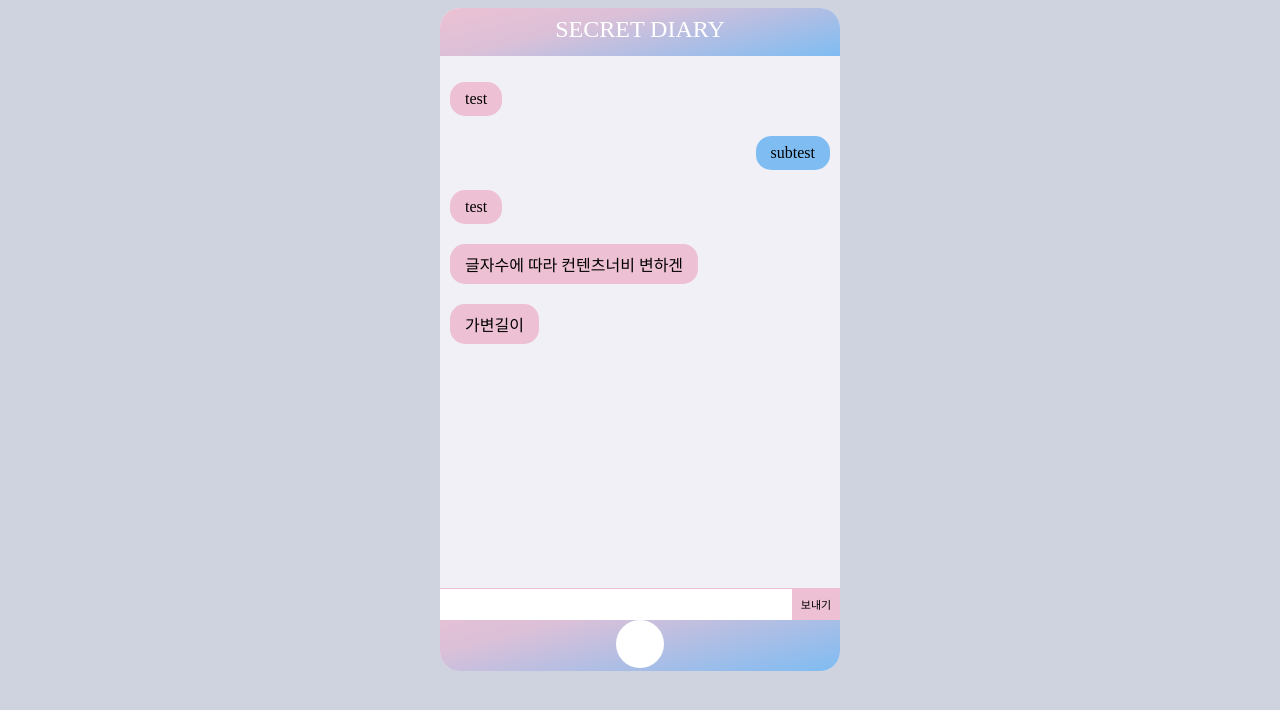
Repository: jinhee196/diary
Page: index.html
An editor plug-in stored every save of this project. The page is shown before and after the next save, followed by the edit.
The browser window is 1280 px wide. The pictures show the whole page.

Above is the page before, as saved 2021-06-04 12:38:51.

### index.html
<!DOCTYPE html>
<html lang="ko">
<head>
    <meta charset="UTF-8">
    <meta http-equiv="X-UA-Compatible" content="IE=edge">
    <meta name="viewport" content="width=device-width, initial-scale=1.0">
    <title>secret Note</title>
    <link rel="stylesheet" href="style.css">
</head>
<body>
  <div class="container">
      <header class="header">SECRET DIARY</header>
      <section id="morning">
        <p class="desc"></p>
        <ul class="items">
          <li class="item">test</li>
          <li class="item-sub">subtest</li>
          <li class="item">test</li>
          <li class="item">글자수에 따라 컨텐츠너비 변하겐</li>
          <li class="item">가변길이</li>
        </ul>
        <input type="text" class="footer__input" />
        <button class="footer__submit">보내기</button>
    </section>
    <footer class="footer">
      <button class="footer__button">
         <i class="fas fa-plus"></i>
       </button>
     </footer>
  </div>
</body>
</html>

### style.css
* {
  box-sizing: border-box;
}
ul {
  padding: 0;
}

button {
  outline: none;
  background: transparent;
  border: none;
  cursor: pointer;
}
body {
  background-color: #ced3df;
  text-align: center;
}

.container {
  width: 400px;
  margin: auto;
  background-color: #f1f0f7;
  border-radius: 20px;
}

.header {
  height: 48px;
  padding: 8px;
  font-size: 24px;
  background: rgba(237, 193, 211);

  background: linear-gradient(
    166deg,
    rgba(237, 193, 211, 1) 0%,
    rgba(219, 192, 216, 1) 35%,
    rgba(127, 188, 242, 1) 100%
  );
  border-radius: 20px 20px 0 0;
  color: #fff;
}

/* #morning {
  display: none;
} */
.items {
  height: 500px;
  overflow-y: auto;
}

.item {
  padding: 8px 15px;
  margin: 10px;
  border-radius: 15px;
  background: rgba(237, 193, 211);
  display: inline-block;
  float: left;
  clear: both;
}
.item-sub {
  padding: 8px 15px;
  margin: 10px;
  border-radius: 15px;
  background: rgba(127, 188, 242, 1);
  display: inline-block;
  float: right;
  clear: both;
}

.item__delete {
  font-size: 16px;
  transition: all 300ms ease-in;
}

.item__delete:hover {
  color: red;
  transform: scale(1.1);
}

.item__divider {
  width: 90%;
  height: 1px;
  background-color: lightgray;
  margin: auto;
}

.footer {
  background: rgba(237, 193, 211);

  background: linear-gradient(
    166deg,
    rgba(237, 193, 211, 1) 0%,
    rgba(219, 192, 216, 1) 35%,
    rgba(127, 188, 242, 1) 100%
  );
  border-radius: 0 0 20px 20px;
}

.footer__input {
  width: 88%;
  height: 32px;
  border: none;
  outline: none;
  font-size: 14px;
  font-weight: 400;
  padding: 0 16px;
  float: left;
  border-top: 1px solid rgba(237, 193, 211);
}

.footer__submit {
  width: 12%;
  height: 32px;
  float: right;
  background-color: rgba(237, 193, 211);
  font-size: 11px;
  padding: 0;
}
.footer__button {
  width: 48px;
  height: 48px;
  background-color: #fff;
  border-radius: 50%;
  color: #fff;
  font-size: 28px;
  transition: transform 300ms ease-in;
}

.footer__button:hover {
  transform: scale(1.1);
}

After the next save:
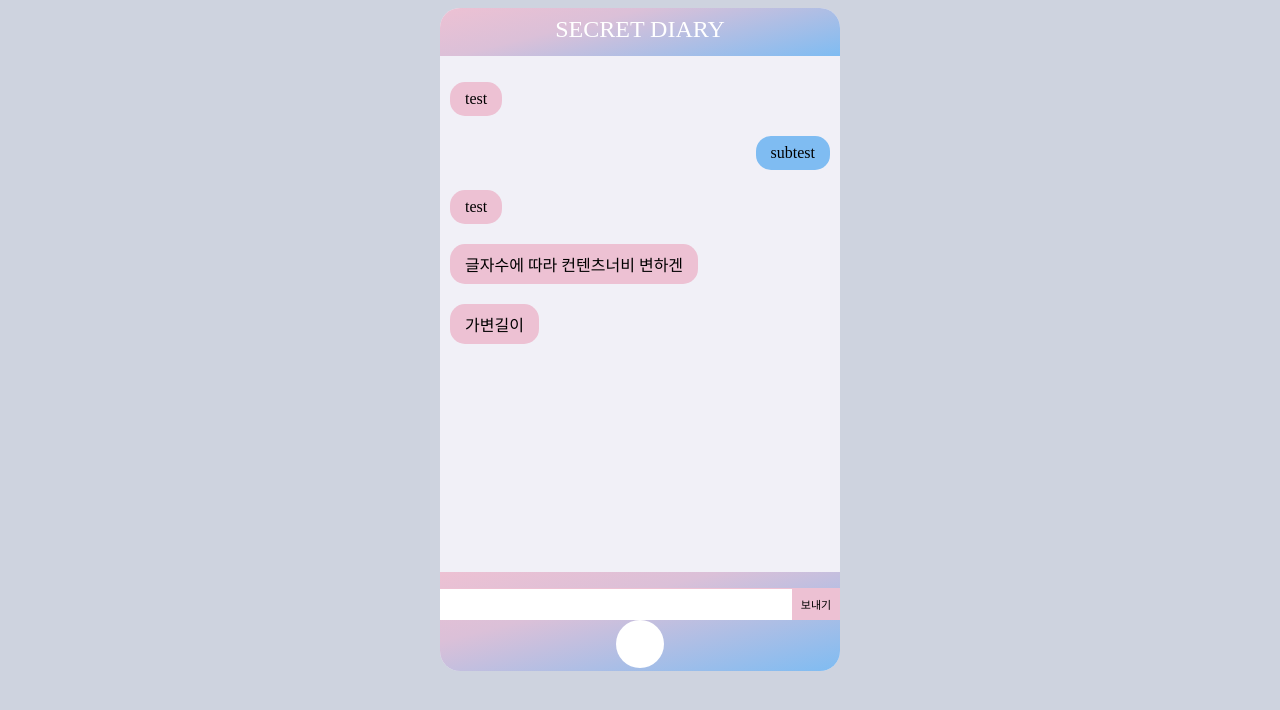
Saved 31 s later.
--- a/style.css
+++ b/style.css
@@ -39,9 +39,9 @@
   color: #fff;
 }
 
-/* #morning {
-  display: none;
-} */
+#morning {
+  height: 500px;
+}
 .items {
   height: 500px;
   overflow-y: auto;

After the save that followed:
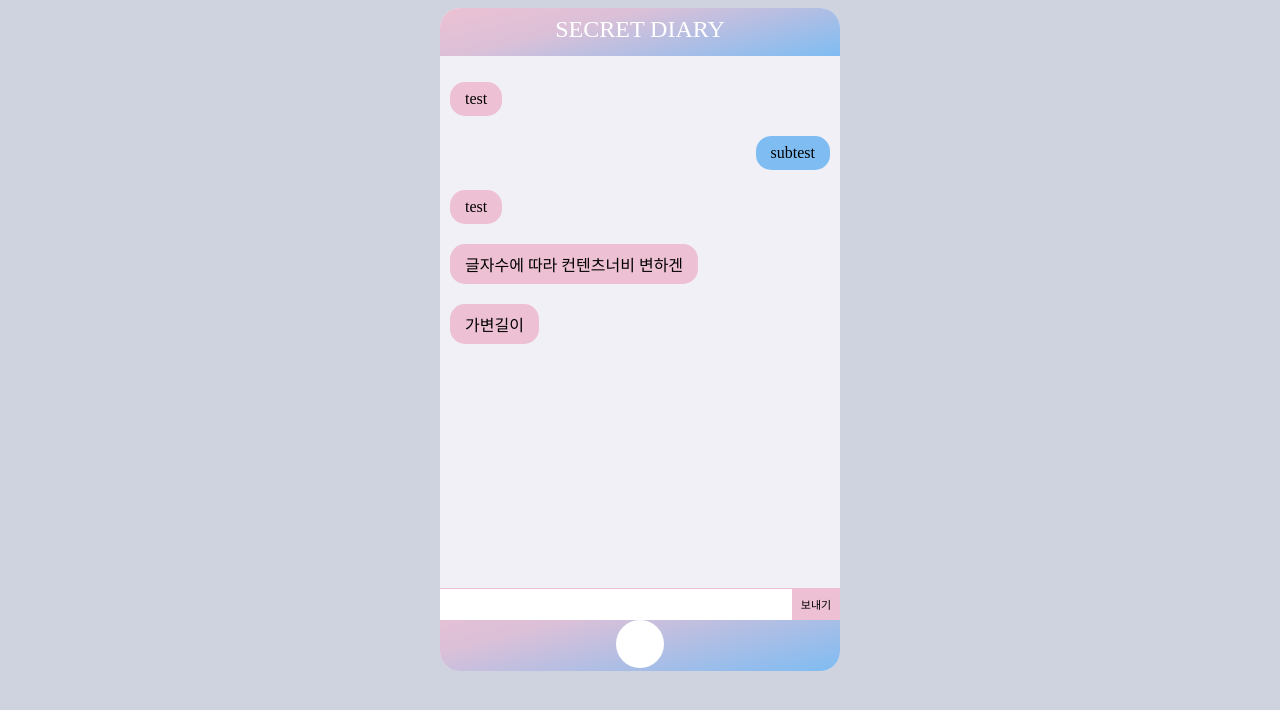
Saved 13 s later.
--- a/style.css
+++ b/style.css
@@ -40,7 +40,6 @@
 }
 
 #morning {
-  height: 500px;
 }
 .items {
   height: 500px;
